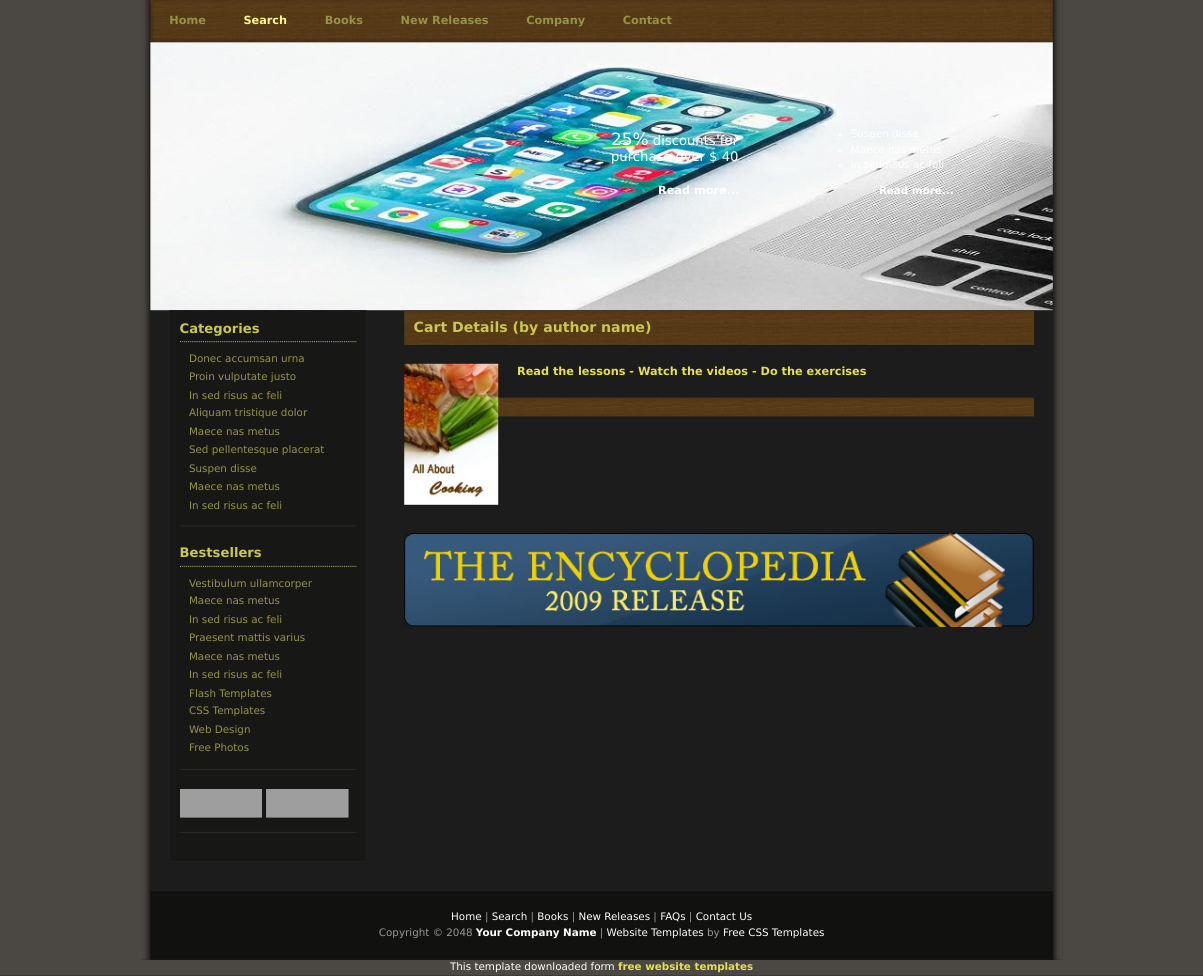
Repository: priyankamergu/MyAllProjects
Page: http://localhost/OnlineShopping/addToCart.jsp
These files come from the project's save history. The page is drawn as it stood at one moment and after a run of saves; the edit follows.
The browser window is 1280 px wide. The pictures show the whole page, at 94% of full size.
Pictures or frames that could not be fetched are drawn as grey boxes. The page is served by Tomcat 9.

Above is the page before, as saved 2019-11-21 06:08:25.

After the next 2 saves:
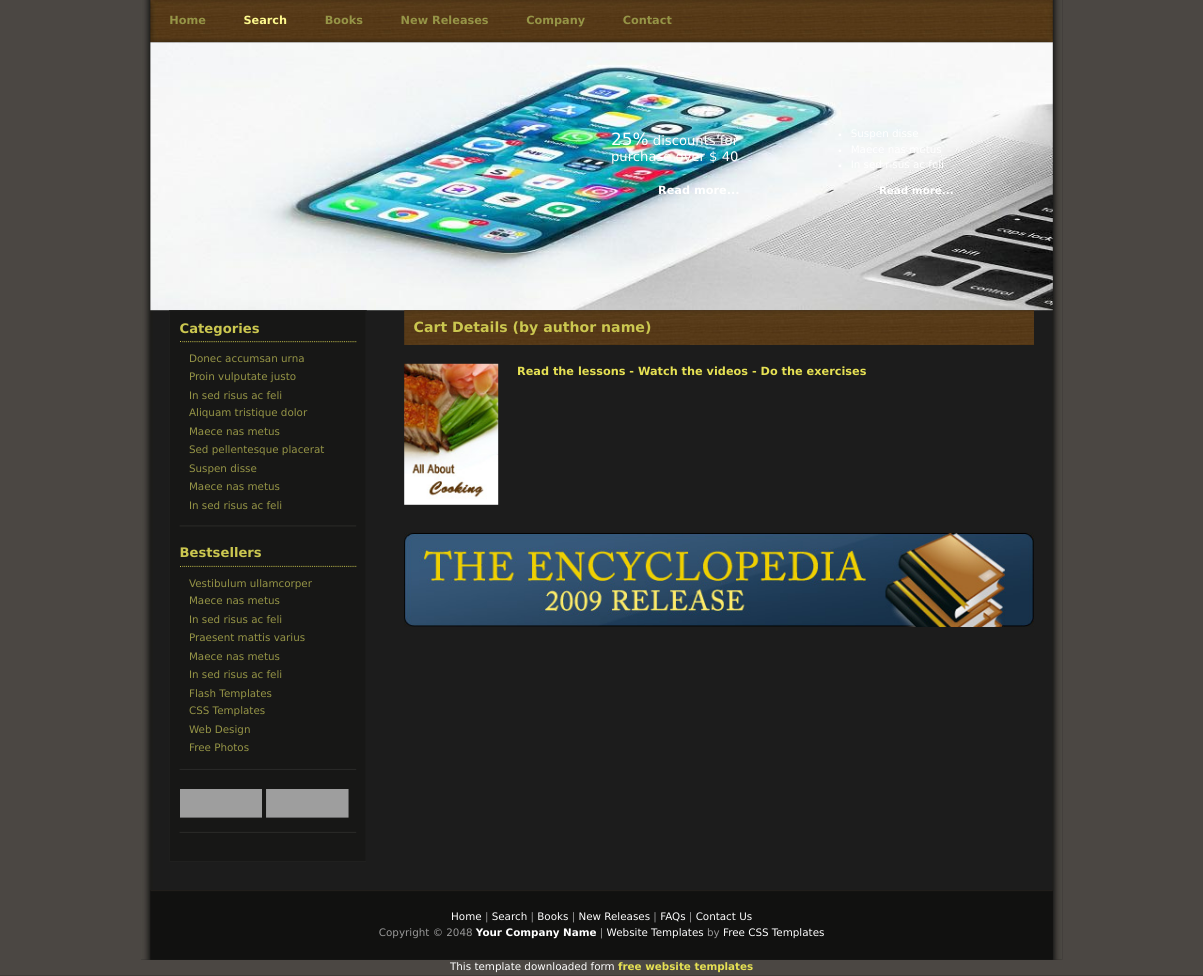
The 2 saves are shown as one change because 1 did not build or start.
The last was saved 68 s later.
--- a/Workspace_JEE7_WEB/OnlineShopping/WebContent/addToCart.jsp
+++ b/Workspace_JEE7_WEB/OnlineShopping/WebContent/addToCart.jsp
@@ -86,7 +86,7 @@
             <div class="image_panel"><img src="images/templatemo_image_02.jpg" alt="CSS Template" width="100" height="150" /></div>
           <h2>Read the lessons - Watch the videos - Do the exercises</h2>
 
-            <h1></h1>
+
 
 
              <div class="cleaner_with_height">&nbsp;</div>
